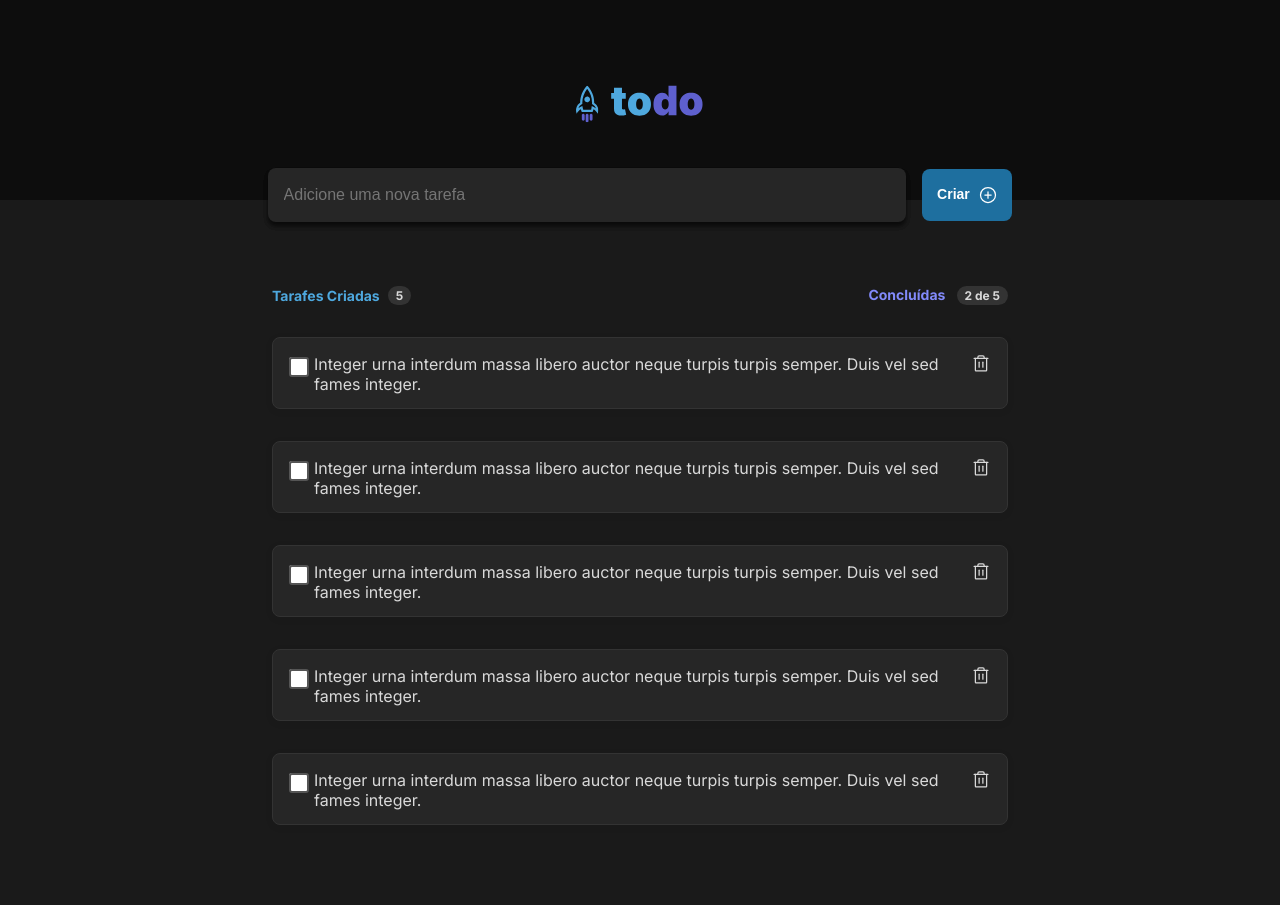
Repository: guilhermecardoso93/todolistreact
Page: /
These files come from the project's save history. The page is drawn as it stood at one moment and after the next save; the edit follows.
The browser window is 1280 px wide. The pictures show the whole page.
The project was rebuilt for these pictures with package versions that can differ from the ones it lists, and the page was loaded fresh each time. Also part of the build but not shown: vite.config.ts.

Above is the page before, as saved 2022-07-02 20:29:26.

After the next save:
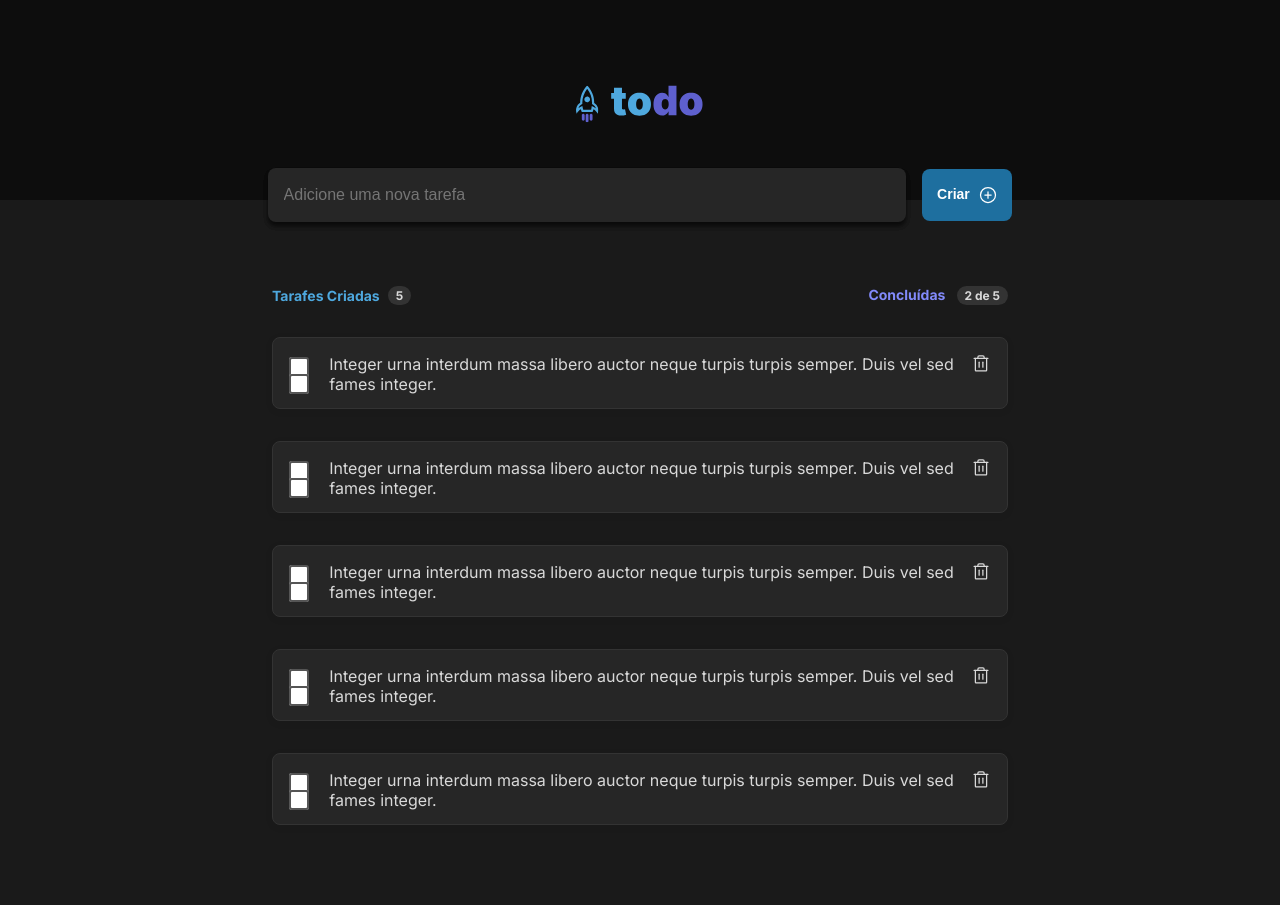
Saved 6 s later.
--- a/src/TasksList.tsx
+++ b/src/TasksList.tsx
@@ -9,6 +9,7 @@
         <div className={styles.tasksListItem}>
           <div>
             <input type="checkbox" name="a" />
+            <input type="checkbox" className={styles.tasksListItemCheck} />
           </div>
           <div>
             <p>

After the save that followed:
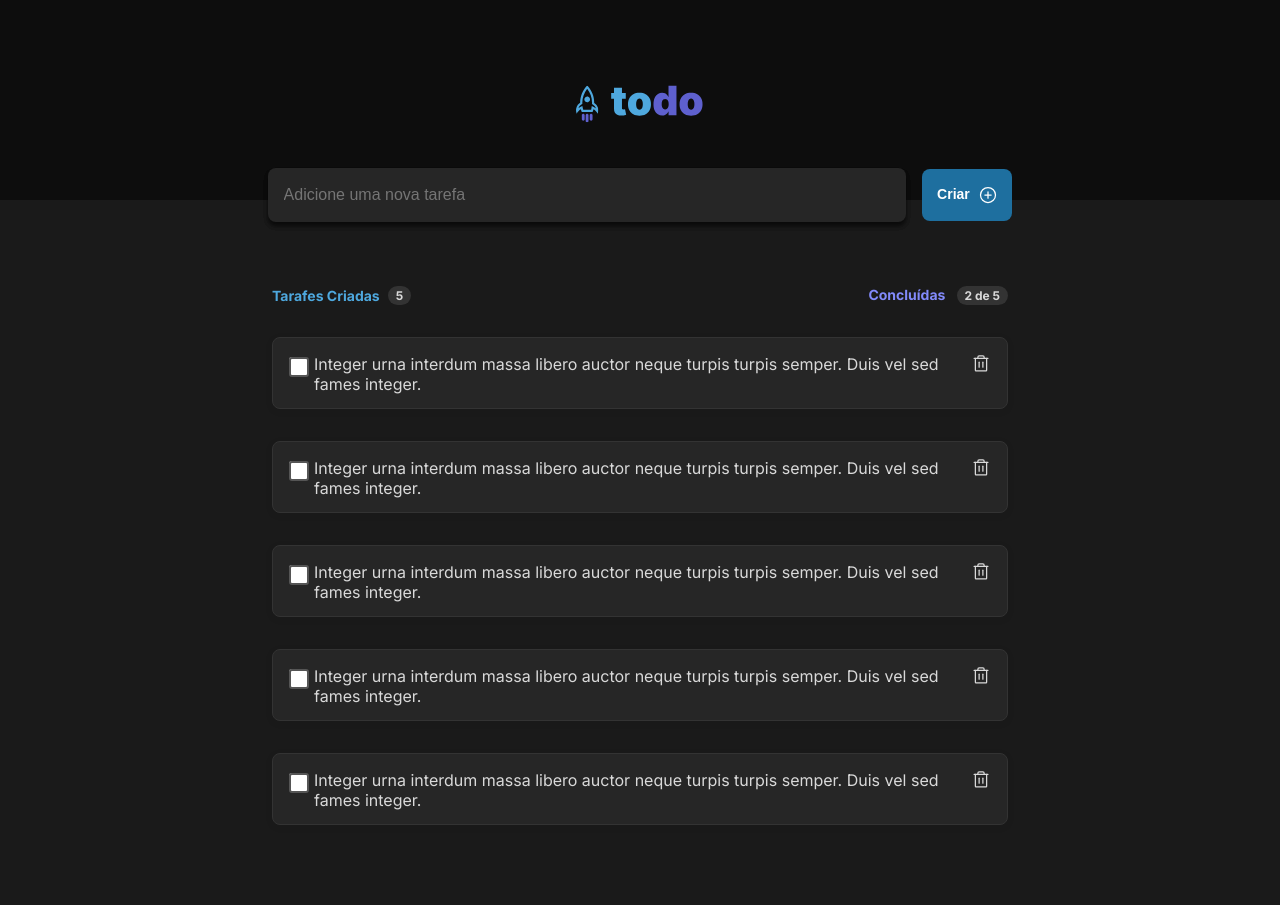
Saved 8 s later.
--- a/src/TasksList.tsx
+++ b/src/TasksList.tsx
@@ -9,7 +9,6 @@
         <div className={styles.tasksListItem}>
           <div>
             <input type="checkbox" name="a" />
-            <input type="checkbox" className={styles.tasksListItemCheck} />
           </div>
           <div>
             <p>
